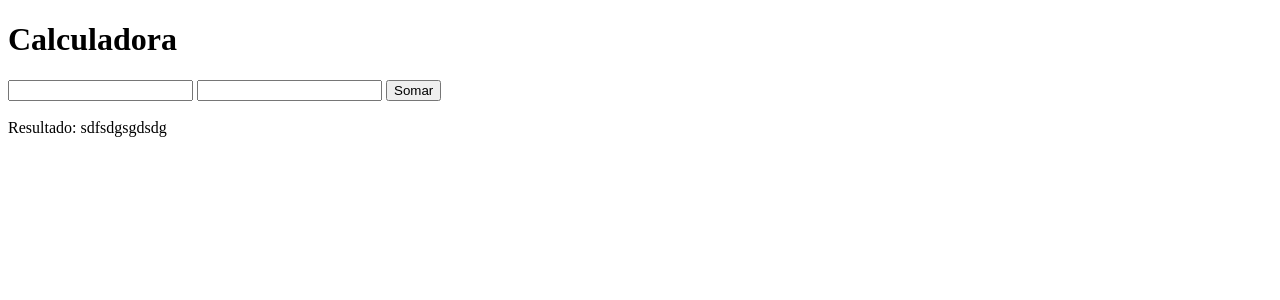
Repository: MilenaMelo/test-calculator-selenium
Page: calculadora.html
These files come from the project's save history. The page is drawn as it stood at one moment and after the next save; the edit follows.
The browser window is 1280 px wide. The pictures show the whole page.

Above is the page before, as saved 2021-04-30 14:51:13.

After the next save:
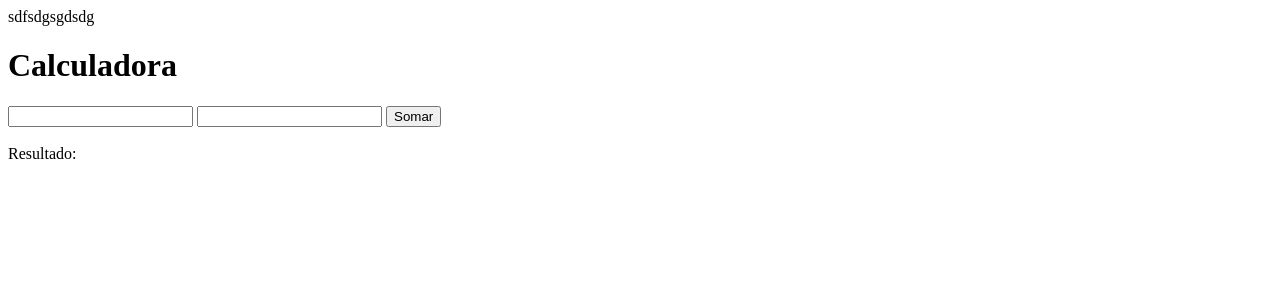
Saved 4 s later.
--- a/calculadora.html
+++ b/calculadora.html
@@ -6,13 +6,14 @@
         <title>Calculator</title>
     </head>
     <body>
+        sdfsdgsgdsdg
         <h1>Calculadora</h1>
         <input type='number' id="one" name="one" value=''>
         <input type='number' id="two" name="two" value=''>
         <button id="soma" onclick="soma()"> Somar </button>
         <br />
         <br />
-        Resultado: sdfsdgsgdsdg
+        Resultado:
         <span id="result"></span>
 
         <script type="text/javascript">
